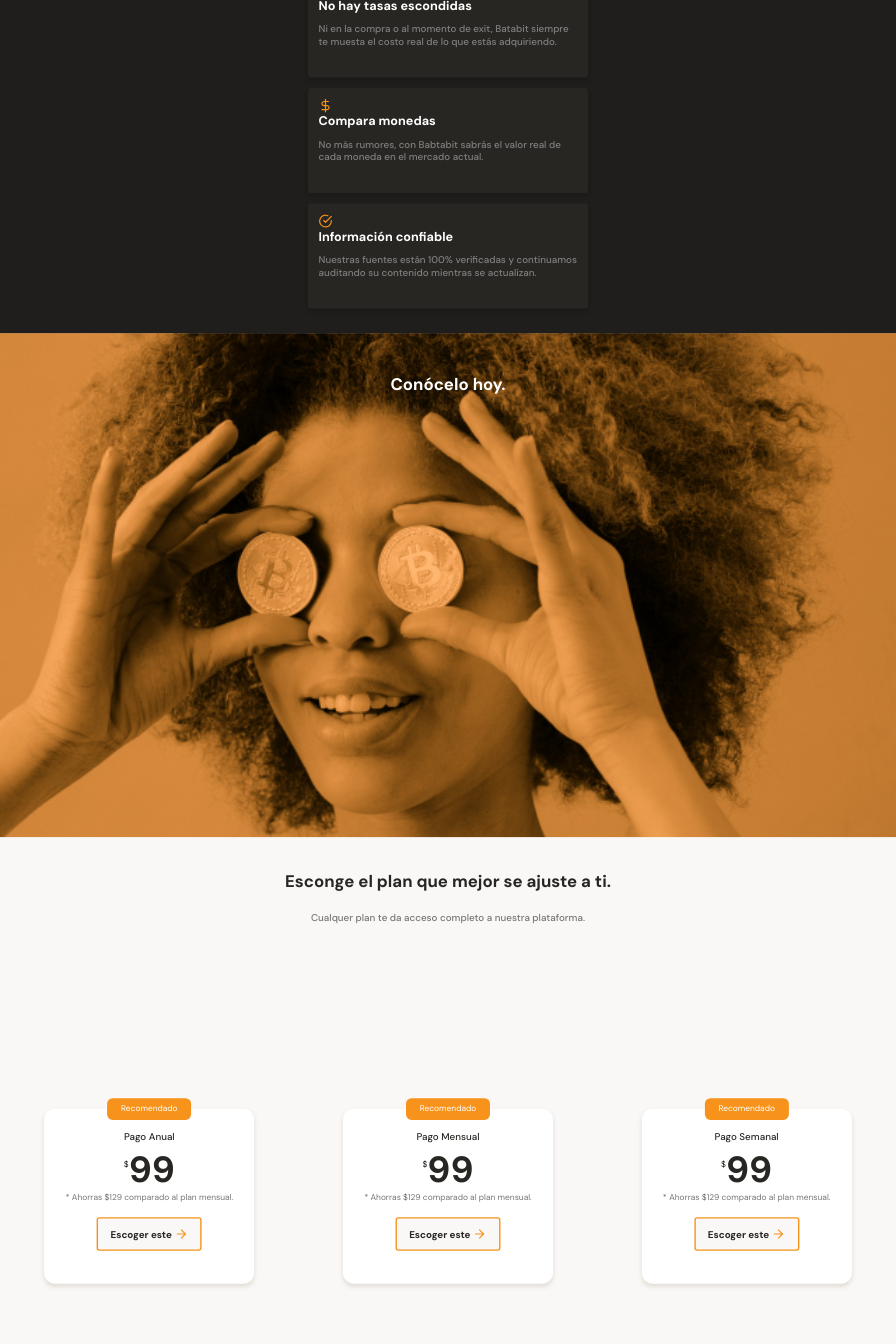
Repository: elto82/mobileFirst
Page: index.html
An editor plug-in stored every save of this project. The page is shown before and after the next save, followed by the edit.
The browser window is 1280 px wide. The pictures show the part of the page from y = 1507 to 3427 px (the page is 3427 px tall), at 70% of full size.
Some web fonts or font styles are not loaded; a fallback is used.

Above is the page before, as saved 2022-06-08 22:30:10.

### index.html
<!DOCTYPE html>
<html lang="en">
  <head>
    <meta charset="UTF-8" />
    <meta http-equiv="X-UA-Compatible" content="IE=edge" />
    <meta name="viewport" content="width=device-width, initial-scale=1.0" />
    <link rel="preconnect" href="https://fonts.googleapis.com" />
    <link rel="preconnect" href="https://fonts.gstatic.com" crossorigin />
    <link
      href="https://fonts.googleapis.com/css2?family=DM+Sans:wght@400;500;700&family=Inter:wght@300;500&family=Poppins:ital,wght@0,300;1,400;1,600&family=Quicksand:wght@300;500;700&family=Roboto:wght@400;700&family=Rubik+Beastly&display=swap"
      rel="stylesheet"
    />
    <link rel="stylesheet" href="./style.css">
    <title>Document</title>
  </head>
  <body>
    <header>
        <img src="./assets/img/logo.svg" alt="">
        <div class="header-title-container">
            <h1>La próxima revolución en el intercambio de criptomonedas.</h1>
            <p>Batatabit te ayuda a navegar entre los diferentes precios y tendencias.  </p>
            <a href="#plans" class="header-button">Conoce nuestros planes <span></span></a>
        </div>
    </header>
    <main>
      <section class="main-exchange-container">
          <div class="backgroundImg"></div>
          <div class="main-exchange-conintainer--title">
            <h2>Visibilizamos todas las tasas de cambio.</h2>
            <p>Traemos información en tiempo real de las casas de cambio y las monedas más importantes del mundo.</p>
          </div>
          <section class="main-tables-container">
              <div class="main-currency-table">
                <p class="currency-table--title">Monedas</p>
                <div class="currency-table--container">
                  <table>
                    <tr>
                      <td class="table__top-left">Bitcoin</td>
                      <td class="table__top-right table__right" >$1.96 <span class="down"></span></td>
                    </tr>
                    <tr>
                      <td>Ethereum</td>
                      <td class="table__right">$0.07 <span class="up"></span></td>
                    </tr>
                    <tr>
                      <td>Riple</td>
                      <td class="table__right">$2.15<span class="down"></span></td>
                    </tr>
                    <tr>
                      <td class="table__bottom-left">Stellar</td>
                      <td class="table__botton-right table__right">$4.96 <span class="down"></span></td>
                    </tr>
                  </table>
                </div>
                <div class="currency-table--date">
                  <p><b> Actualizado:</b> 19 julio 23:45</p>
                </div>
              </div>
          </section>
      </section>

      <section class="main-product-detail">
        <span class="product-detail--batata-logo"></span>
        <div class="product-detail--title">
          <h2>Creamos un producto sin comparación.</h2>
          <p>Confiable y diseñado para su uso diario.</p>
        </div>
        <section class="product-cards--container">
          <article class="product-detail--card">
            <span class="clock"></span>
            <p class="product--card-title">Tiempo real</p>
            <p class="product--card-body">Nuestro API toma información minuto a minuto sobre las tasas que más determinan el comportamiento.</p>
          </article>
          <article class="product-detail--card">
            <span class="eye"></span>
            <p class="product--card-title">No hay tasas escondidas</p>
            <p class="product--card-body">Ni en la compra o al momento de exit, Batabit siempre te muesta el costo real de lo que estás adquiriendo.</p>
          </article>
          <article class="product-detail--card">
            <span class="money"></span>
            <p class="product--card-title">Compara monedas</p>
            <p class="product--card-body">No más rumores, con Babtabit sabrás el valor real de cada moneda en el mercado actual.</p>
          </article>
          <article class="product-detail--card">
            <span class="ok"></span>
            <p class="product--card-title">Información confiable</p>
            <p class="product--card-body">Nuestras fuentes están 100% verificadas y continuamos auditando su contenido mientras se actualizan.</p>
          </article>
        </section>
      </section>
      <section class="bitcoint-img-container">
        <h2>Conócelo hoy.</h2>
      </section>
      <section id="plans" class="main-plans-container">
        <div class="plans--title">
          <h2>Esconge el plan que mejor se ajuste a ti.</h2>
          <p>Cualquer plan te da acceso completo a nuestra plataforma.</p>
        </div>
        <section class="plans-container--slider">
          <article class="plans-conteiner--card">
            <p class="recommended">Recomendado</p>
            <div class="plan-info-container">
              <h3 class="plan-card--title">Pago Anual</h3>
              <p class="plan-card--price"><span>$</span>99</p>
              <p class="plan-card--saving">* Ahorras $129 comparado al plan mensual.</p>
              <button class="plan-card--ca">Escoger este <span></span></button>
            </div>
          </article>
          <article class="plans-conteiner--card">
            <p class="recommended">Recomendado</p>
            <div class="plan-info-container">
              <h3 class="plan-card--title">Pago Mensual</h3>
              <p class="plan-card--price"><span>$</span>99</p>
              <p class="plan-card--saving">* Ahorras $129 comparado al plan mensual.</p>
              <button class="plan-card--ca">Escoger este <span></span></button>
            </div>
          </article>
          <article class="plans-conteiner--card">
            <p class="recommended">Recomendado</p>
            <div class="plan-info-container">
              <h3 class="plan-card--title">Pago Semanal</h3>
              <p class="plan-card--price"><span>$</span>99</p>
              <p class="plan-card--saving">* Ahorras $129 comparado al plan mensual.</p>
              <button class="plan-card--ca">Escoger este <span></span></button>
            </div>
          </article>
        </section>
      </section>
    </main>
    <footer></footer>
  </body>
</html>

### style.css
/*
1. Posicionamiento
2. Modelo de caja (box model)
3. Tipografia
4.Visuales
5. Otros
*/
:root{
    /* colores */
    --bitcoin-orange:#f7931a;
    --soft-orange: #ffe9d5;
    --secondary-blue:#1a9af7;
    --soft-blue: #e7f5ff;
    --warm-black: #201e1c;
    --black:#282623;
    --grey:#bababa;
    --off-white:#faf8f7;
    --just-white:#fff;

}
*{
    box-sizing: border-box;
    margin: 0;
    padding: 0;
}
html{
    font-size: 62.5%;
    font-family: 'DM Sans', sans-serif;;
}
header{
    position: relative;
    display: flex;
    flex-direction: column;
    justify-content: center;
    width: 100%;
    min-width: 32rem;
    height: 34rem;
    text-align: center;
    background: linear-gradient(207.8deg, #201e1c 16.69%, #f7931a 100%);
}
header img{
    width: 15rem;
    height: 2.4rem;
    margin-top: 6rem;
    align-self: center;
}
.header-title-container{
    width: 90%;
    min-width: 28.8rem;
    max-width: 90rem;
    height: 21.8rem;
    margin-top: 4rem;
    text-align: center;
    align-self: center;
}
.header-title-container h1{
    font-size: 2.4rem;
    font-weight: bold;
    line-height: 2.6rem;
    color: var(--just-white);
}
.header-title-container p{
    margin-top: 2.5rem;
    font-size: 1.4rem;
    font-weight: 500;
    line-height: 1.8rem;
    color: var(--soft-orange);
}
.header-title-container .header-button{
    position: absolute;
    left: calc(50% - 11.8rem);
    top: 27rem;
    display: block;
    margin-top: 3.5rem;
    padding: 1.5rem;
    width: 22.9rem;
    height: 4.8rem;
    background-color: var(--off-white);
    box-shadow: 0px 4px 8px rgba(89, 73, 30, 0.16);
    border: none;
    border-radius: 0.5rem;
    font-size: 1.4rem;
    font-weight: bold;
    text-decoration: none;
    color: var(--black);
}
.header-button span{
    display: inline-block;
    width: 1.3rem;
    height: 0.8rem;
    margin-left: 1rem;
    background-image: url('./assets/icons/down-arrow.svg');
}
main{
    width: 100%;
    height: auto;
    background-color: var(--off-white);
}
.main-exchange-container{
    width: 100%;
    height: auto;
    padding-top: 8rem;
    padding-bottom: 3rem;
    text-align: center;
}
.main-exchange-conintainer--title{
    width: 90%;
    min-width: 28.8rem;
    max-width: 90rem;
    margin: 0 auto;
}
.main-exchange-container .backgroundImg{
    width: 20rem;
    height: 20rem;
    margin: 0 auto;
    margin-bottom: 5rem;
    background-image: url('./assets/img/Bitcoin.svg');
    background-size: cover;
    background-position: center;
    background-repeat: no-repeat;
}
.main-exchange-container h2{
    margin-bottom: 3rem;
    font-size: 2.4rem;
    font-weight: bold;
    line-height: 2.6rem;
    color: var(--black);
}
.header-title-container p{
    margin-bottom: 3rem;
    font-size: 1.4rem;
    font-weight: 500;
    line-height: 1.6rem;
    color: #757575;
}
.main-currency-table{
    width: 70%;
    min-width: 23.5rem;
    max-width: 50re;
    height: 36rem;
    margin: 0 auto;
    font-family: 'Inter', 'sans-serif';
}
.main-currency-table .currency-table--title{
    margin-top: 2rem;
    margin-bottom: 1.5rem;
    font-size: 1.8rem;
    font-weight: bold;
    line-height: 2.3rem;
    color: var(--bitcoin-orange);
}
.currency-table--container{
    width: 90%;
    min-width: 23rem;
    max-width: 30rem;
    height: 25rem;
    margin: 0 auto;
}
.currency-table--container table{
    width: 100%;
    height: 100%;
}
.currency-table--container td{
    width: 50%;
    font-size: 1.6rem;
    font-weight: 500;
    line-height: 1.9rem;
    color: var(--grey);
    background-color: var(--just-white);
}
.currency-table--container .table__top-left{
    border-radius: 1.5rem 0 0 0;
}
.currency-table--container .table__top-right{
    border-radius: 0 1.5rem 0 0;
}
.currency-table--container .table__bottom-left{
    border-radius: 0 0 0 1.5rem;
}
.currency-table--container .table__botton-right{
    border-radius: 0 0 1.5rem 0;
}
.currency-table--container .table__right{
    font-size: 1.4rem;
    font-weight: normal;
    line-height: 1.7rem;
    color: #757575;
}
.currency-table--container .down{
    display: inline-block;
    width: 1.5rem;
    height: 1.5rem;
    margin-left: 1rem;
    background-image: url('./assets/icons/trending-down.svg');
    background-size: cover;
    background-position: center;
    background-repeat: no-repeat;
}
.currency-table--container .up{
    display: inline-block;
    width: 1.5rem;
    height: 1.5rem;
    margin-left: 1rem;
    background-image: url('./assets/icons/trending-up.svg');
    background-size: cover;
    background-position: center;
    background-repeat: no-repeat;
}
.currency-table--date{
    width: 19rem;
    height: 3rem;
    margin: 0 auto;
    margin-top: 1.5rem;
    padding: 0.8rem;
    background-color: var(--soft-orange);
    border-radius: 0.8rem;
    box-shadow: 0px 4px 8px rgba(89, 73, 30, 0.16);
}
.currency-table--date p{
    font-weight: 300;
    font-size: 1.2rem;
    line-height: 1.5rem;
    color: var(--warm-black);
}
.main-product-detail{
    position: relative;
    width: 100%;
    min-width: 32rem;
    height: auto;
    padding: 2rem 1rem;
    background-color: var(--warm-black);
}
.product-detail--batata-logo{
    position: absolute;
    width: 4rem;
    height: 2.5rem;
    top: -1rem;
    left: calc(50% - 2rem);
    background-image: url('./assets/icons/batata.svg');

}
.product-detail--title{
    width: 90%;
    min-width: 28.8rem;
    height: auto;
    margin: 0 auto;
    margin-top: 5rem;
    text-align: center;
}
.product-detail--title h2{
    margin-bottom: 2rem;
    font-size: 2.4rem;
    font-weight: bold;
    line-height: 2.6rem;
    color: var(--just-white);
}
.product-detail--title p{
    margin-bottom: 2rem;
    font-size: 1.4rem;
    font-weight: 500;
    line-height: 1.8rem;
    color: #808080;
}
.product-detail--card{
    width: 90%;
    min-width: 28.8rem;
    max-width: 40rem;
    min-height: 15rem;
    margin: 1.5rem auto;
    padding: 1.5rem;
    background-color: var(--black);
    border-radius: 0.5rem;
    box-shadow: 0 4px 8px rgba(0, 0, 0, 0.16);
}
.product-detail--card .clock{
    display: inline-block;
    width: 2rem;
    height: 2rem; ;
    background-image: url('./assets/icons/clock.svg');
    background-size: cover;
    background-position: center;
    background-repeat: no-repeat;
}
.product-detail--card .eye{
    display: inline-block;
    width: 2rem;
    height: 2rem; ;
    background-image: url('./assets/icons/eye.svg');
    background-size: cover;
    background-position: center;
    background-repeat: no-repeat;
}
.product-detail--card .money{
    display: inline-block;
    width: 2rem;
    height: 2rem; ;
    background-image: url('./assets/icons/dollar-sign.svg');
    background-size: cover;
    background-position: center;
    background-repeat: no-repeat;
}
.product-detail--card .ok{
    display: inline-block;
    width: 2rem;
    height: 2rem; ;
    background-image: url('./assets/icons/check-circle.svg');
    background-size: cover;
    background-position: center;
    background-repeat: no-repeat;
}
.product--card-title{
    margin-bottom: 1.5rem;
    font-size: 1.8rem;
    font-weight: bold;
    line-height: 1.8rem;
    color: var(--just-white);
}
.product--card-body{
    font-size: 1.4rem;
    font-weight: 500;
    line-height: 1.8rem;
    color: #808080;
}
.bitcoint-img-container{
    width: 100%;
    min-width: 32rem;
    height: 100vh;
    background-image:url('./assets/img/bitcoinbaby2x.jpg');
    background-size: cover;
    background-position: center;
    background-repeat: no-repeat;
    text-align: center;
}
.bitcoint-img-container h2{
    padding-top: 6rem;
    font-size: 2.4rem;
    font-weight: bold;
    line-height: 2.6rem;
    color: var(--just-white);

}
.main-plans-container{
    width: 100%;
    min-width: 32rem;
    padding-bottom: 7rem;
    text-align: center;
}
.plans--title{
    width: 90%;
    min-height: 28.8rem;
    height: auto;
    margin: 0 auto;
    margin-bottom: 5rem;
}
.plans--title h2{
    padding-top: 5rem;
    font-size: 2.4rem;
    font-weight: bold;
    line-height: 2.6rem;
    color: var(--black);
}
.plans--title p{
    padding-top: 3rem;
    font-size: 1.4rem;
    font-weight: 500;
    font-weight: 10.8rem;
    color: #757575;
}
.plans-conteiner--card{
    position: relative;
    scroll-snap-align: center;
    width: 70%;
    min-width: 23rem;
    max-width: 30rem;
    height: 25rem;
    margin: 5rem auto 0;
    padding: 0 1.5rem;
    background-color: var(--just-white);
    border-radius: 1.5rem;
    box-shadow: 0 4px 8px rgba(89, 73, 30, 0.16);
}
.recommended{
    position: absolute;
    width: 12rem;
    height: 3.1rem;
    left: calc(50% - 6rem);
    top: -1.5rem;
    font-size: 1.2rem;
    padding-top: 0.6rem;
    background-color: var(--bitcoin-orange);
    border-radius: 0.8rem;
    color: var(--just-white);

}
.plan-card--title{
    padding-top: 3rem;
    font-size: 1.4rem;
    font-weight: 500;
    line-height: 1.8rem ;
    color: var(--black);
}
.plan-card--price{
    padding: 0.5rem 0;
    font-size: 5.2rem;
    font-weight: bold;
    line-height: 5.3rem;
    color: var(--black);
}
.plan-card--price span{
    font-size: 1.2rem;
    font-weight: 300;
    vertical-align: text-top;
}
.plan-card--saving{
    font-size: 1.2rem;
    color: #757575;
}
.plan-card--ca{
    width: 15rem;
    height: 4.8rem;
    margin-top: 2rem;
    background-color: #faf8f7;
    border: 2px solid var(--bitcoin-orange);
    border-radius: 0.4rem;
    font-family: 'DM Sans', sans-serif;
    font-size: 1.4rem;
    font-weight: bold;
    line-height: 1.8rem;
    color: var(--black);
}
.plan-card--ca span{
    display: inline-block;
    width: 2rem;
    height: 2rem;
    background-image: url('./assets/icons/orange-right-arrow.svg');
    background-size: cover;
    background-position: center;
    background-repeat: no-repeat;
    text-align: center;
    vertical-align: text-bottom;
}
.plans-container--slider{
    display: flex;
    height: 31.6rem;
    overflow-x: scroll;
    overscroll-behavior-x: contain;
    scroll-snap-type: x proximity;
}

After the next save:
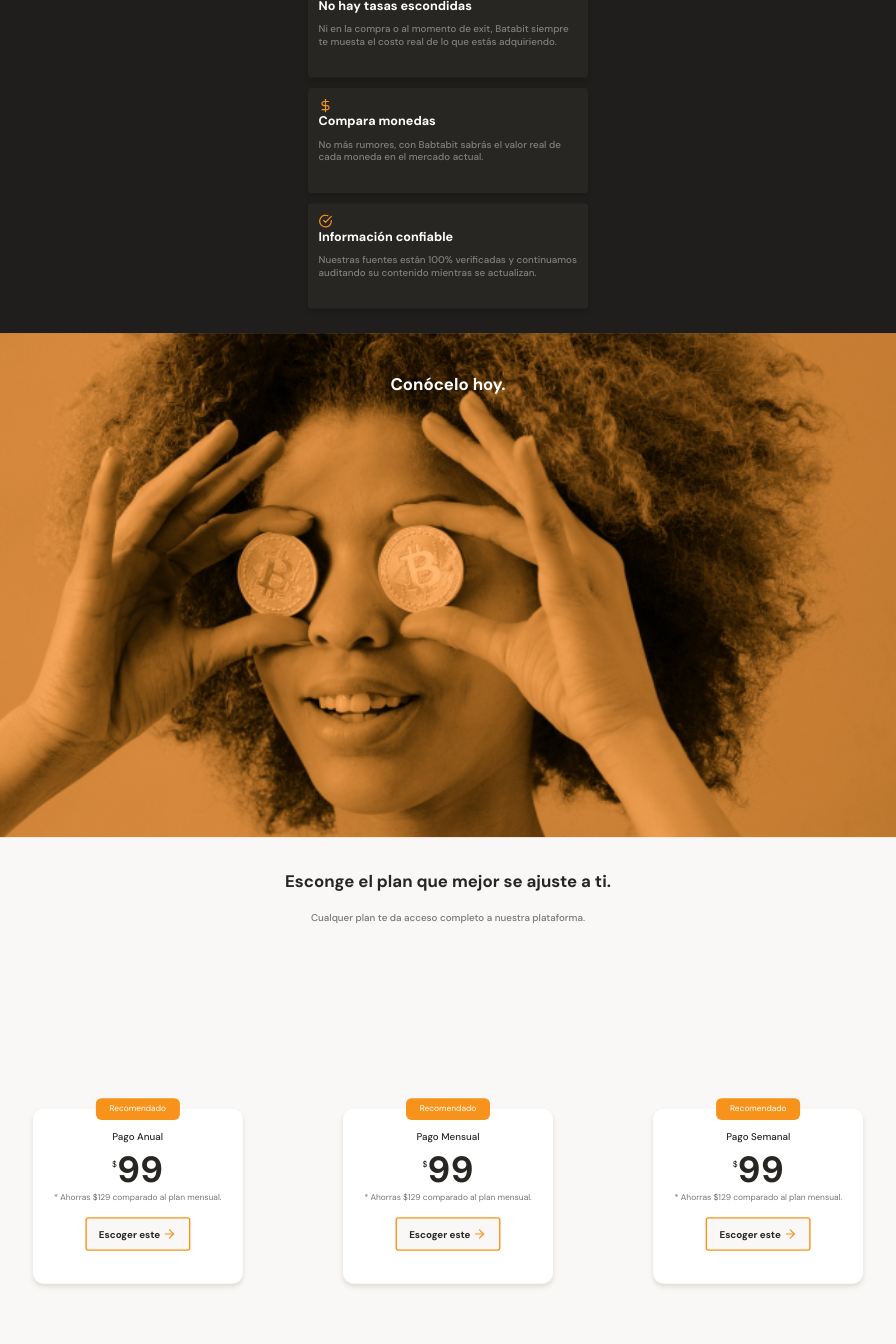
Saved 3 min 28 s later.
--- a/style.css
+++ b/style.css
@@ -441,6 +441,7 @@
 }
 .plans-container--slider{
     display: flex;
+    gap: 5rem;
     height: 31.6rem;
     overflow-x: scroll;
     overscroll-behavior-x: contain;
